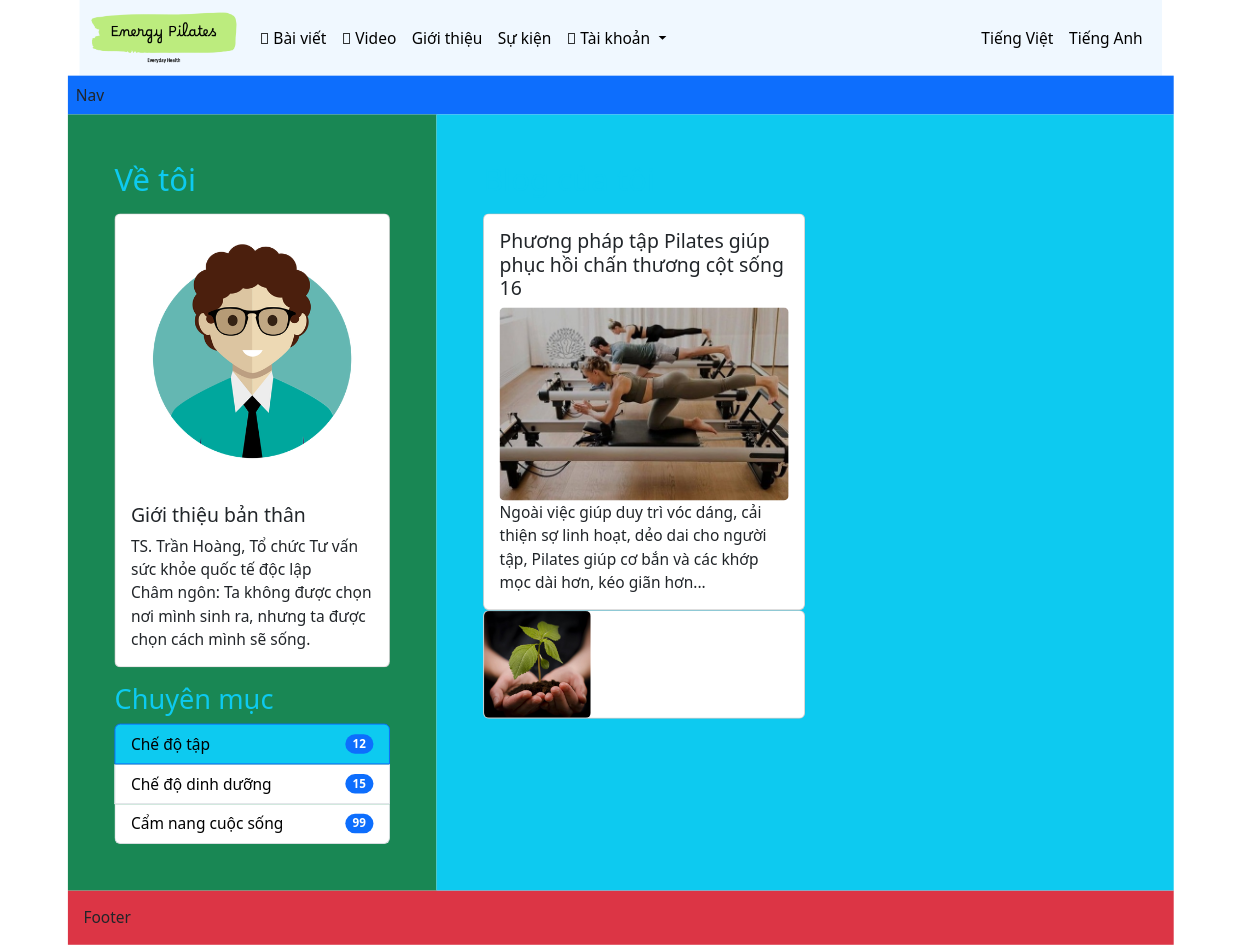
Repository: KizukoHeiwa/SOF308
Page: Lab1/index.html
The author's editor kept a copy of each file at every save. The page is drawn from the files as they stood at one save, then again after the next save.
The browser window is 1280 px wide. The pictures show the whole page, at 97% of full size.

Above is the page before, as saved 2024-10-31 10:29:34.

After the next save:
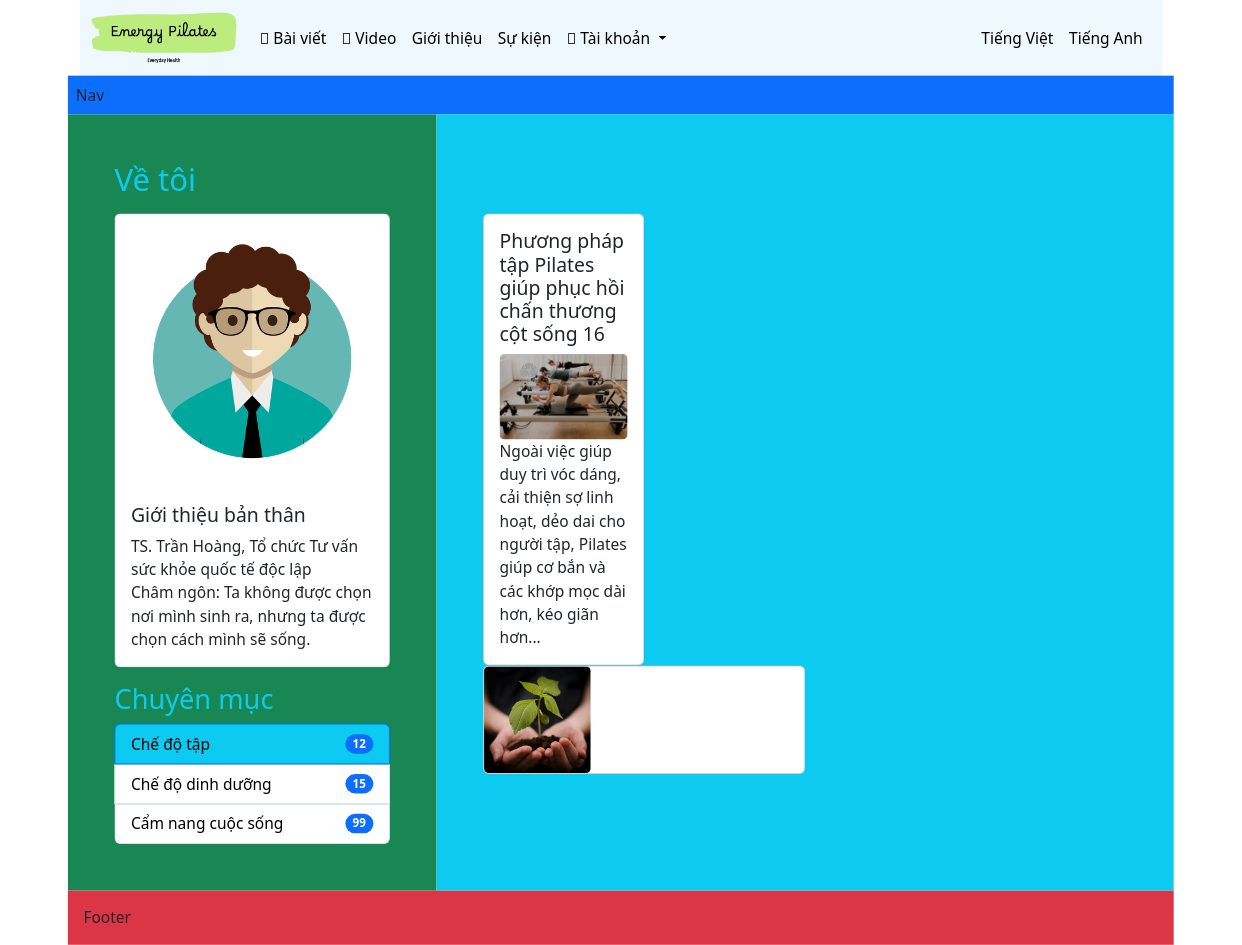
Saved 8 s later.
--- a/Lab1/index.html
+++ b/Lab1/index.html
@@ -105,7 +105,7 @@
             <article class="col-sm-8 bg-info p-5">
                 <div class="col-sm">
                     <h2 class="text-info mb-3">Blog của tôi</h2>
-                    <div class="card col-sm-6">
+                    <div class="card col-sm-3">
                         <div class="card-body">
                             <h5 class="card-title">Phương pháp tập Pilates giúp phục hồi chấn thương cột sống <i class="fa-solid fa-message"></i> 16</h5>
                             <img src="img/tap-piltes.jpg" alt="" class="card-img">

After the save that followed:
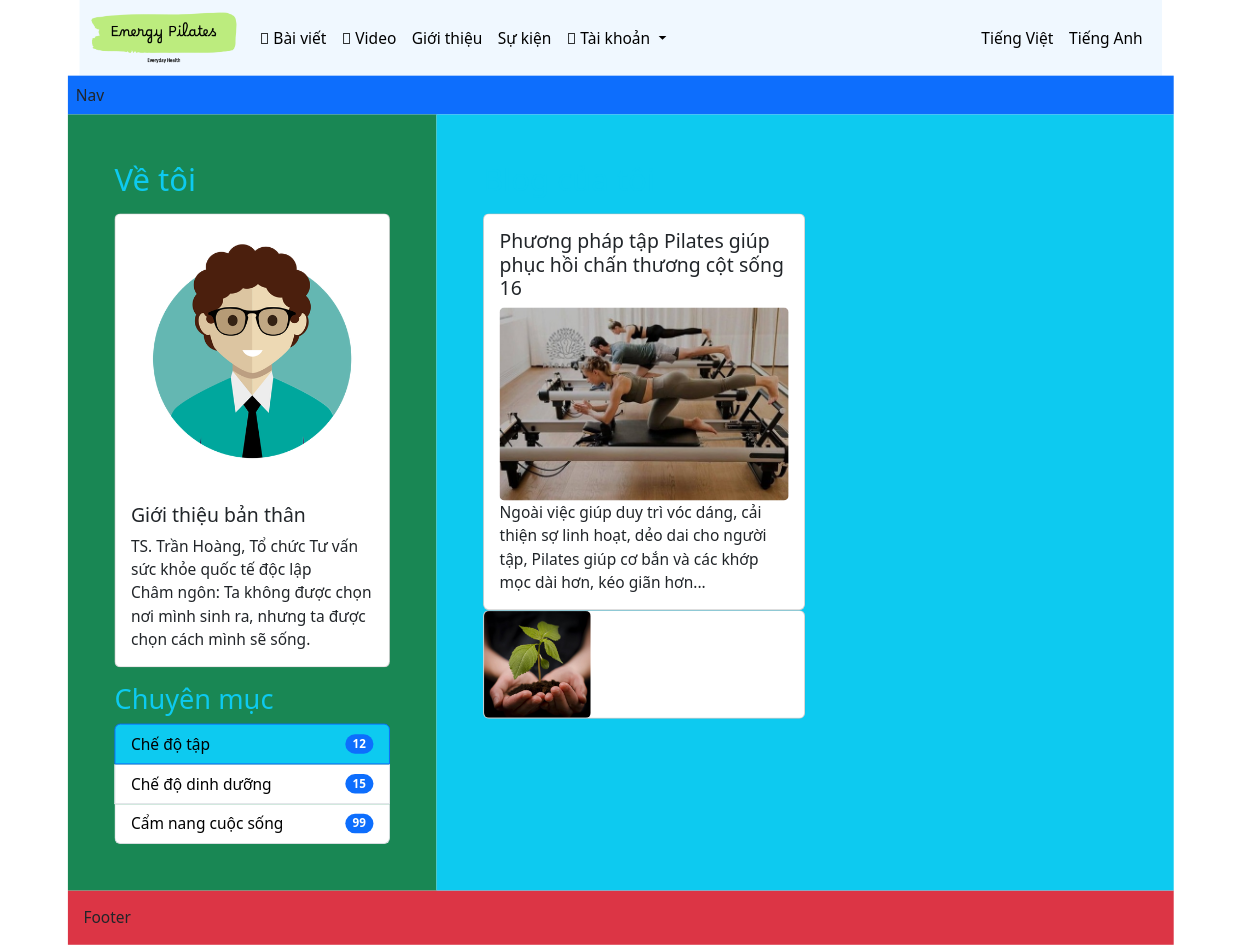
Saved 4 s later.
--- a/Lab1/index.html
+++ b/Lab1/index.html
@@ -105,7 +105,7 @@
             <article class="col-sm-8 bg-info p-5">
                 <div class="col-sm">
                     <h2 class="text-info mb-3">Blog của tôi</h2>
-                    <div class="card col-sm-3">
+                    <div class="card col-sm-6">
                         <div class="card-body">
                             <h5 class="card-title">Phương pháp tập Pilates giúp phục hồi chấn thương cột sống <i class="fa-solid fa-message"></i> 16</h5>
                             <img src="img/tap-piltes.jpg" alt="" class="card-img">
